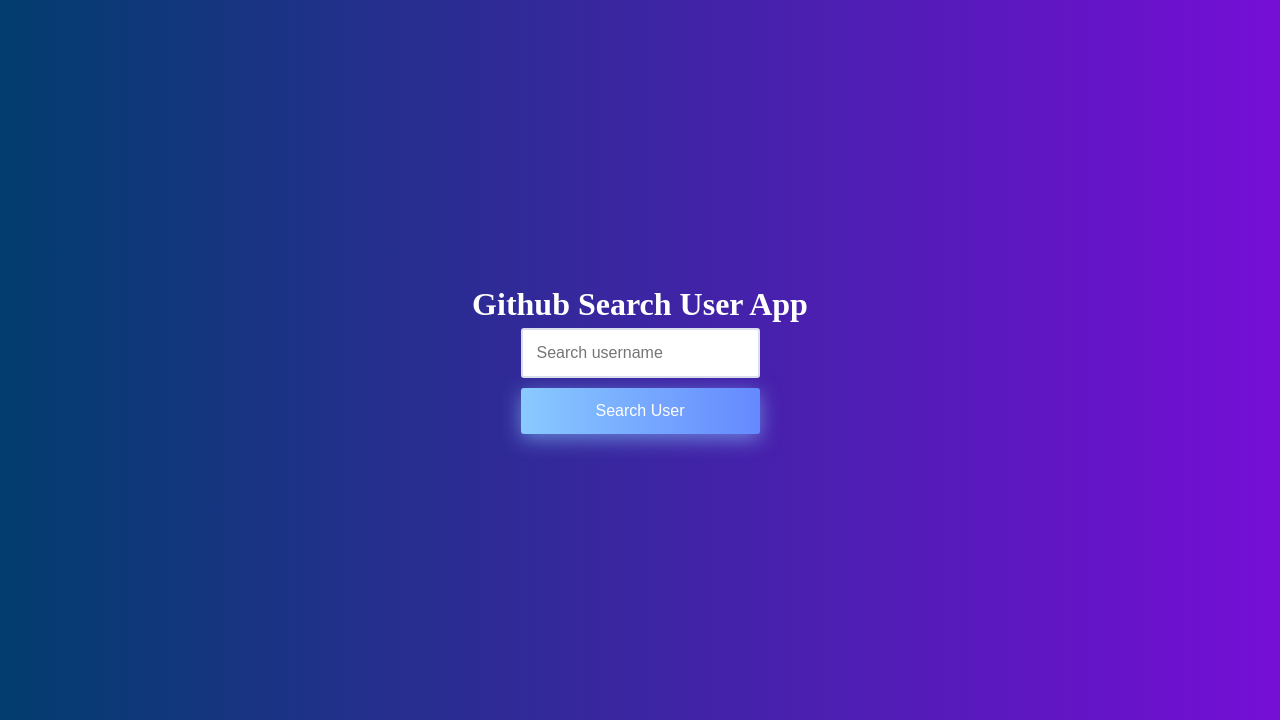
Repository: solox-cyber/Github-search-user
Page: index.html
The author's editor kept a copy of each file at every save. The page is drawn from the files as they stood at one save, then again after a run of saves.
The browser window is 1280 px wide. The pictures show the whole page.

Above is the page before, as saved 2023-03-25 19:01:30.

After the next 8 saves:
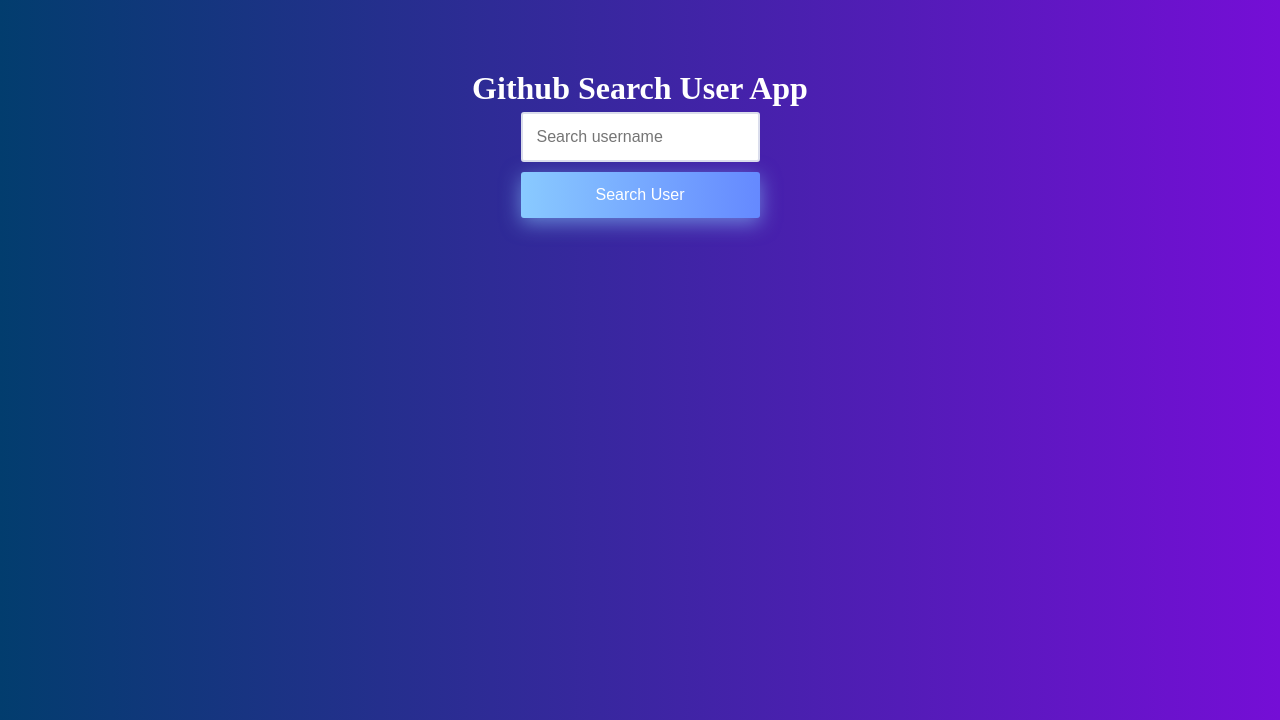
The 8 saves are shown as one change because they came seconds apart.
The last was saved 2 days later.
--- a/style.css
+++ b/style.css
@@ -49,3 +49,7 @@
       button:hover {
         box-shadow: none;
       }
+
+#result{
+   height: 60vh;
+}
